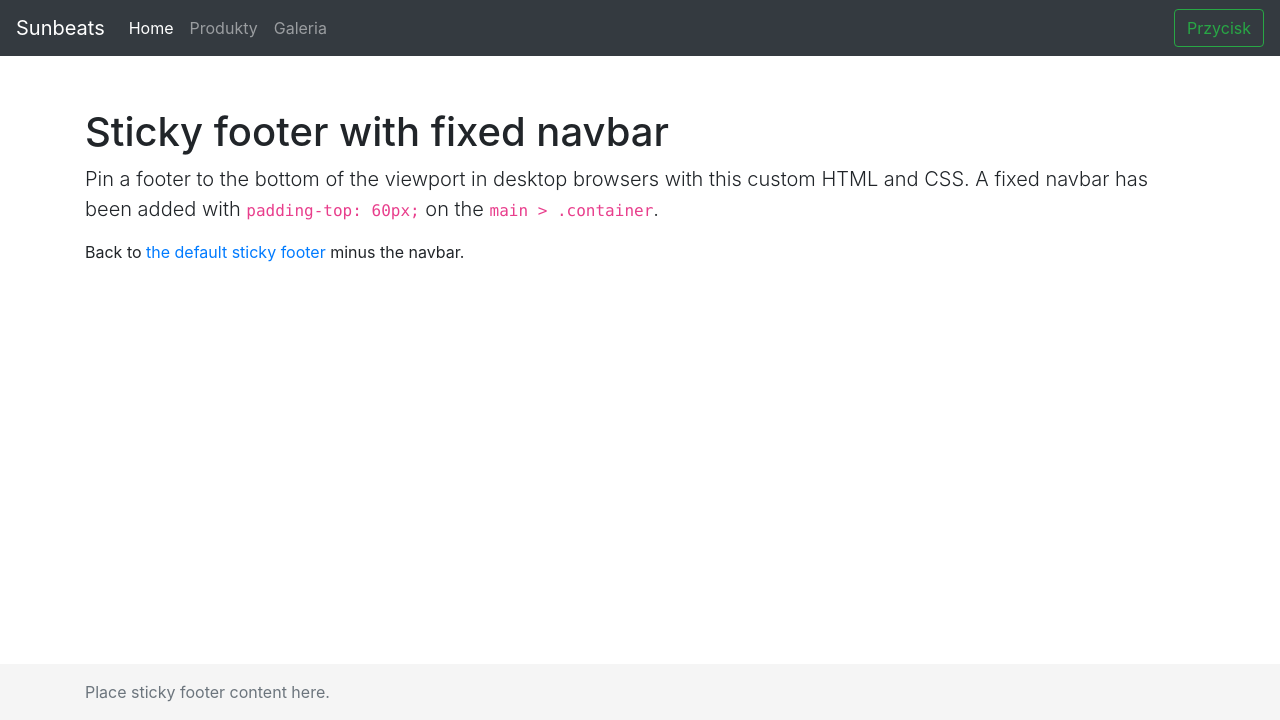
Repository: Audio-site/sunbeats
Page: index.html
An editor plug-in stored every save of this project. The page is shown before and after a run of saves, followed by the edit.
The browser window is 1280 px wide. The pictures show the whole page.

Above is the page before, as saved 2020-08-24 23:56:37.

### index.html
<!doctype html>
<html lang="en" class="h-100">
  <head>
    <meta charset="utf-8">
    <meta name="viewport" content="width=device-width, initial-scale=1, shrink-to-fit=no">
    <meta name="description" content="">
    <meta name="author" content="Mark Otto, Jacob Thornton, and Bootstrap contributors">
    <meta name="generator" content="Jekyll v4.1.1">
    <title>Sticky Footer Navbar Template · Bootstrap</title>

    <link rel="canonical" href="https://getbootstrap.com/docs/4.5/examples/sticky-footer-navbar/">

    <!-- Bootstrap core CSS -->
<link href="../assets/dist/css/bootstrap.min.css" rel="stylesheet">

    <style>
      .bd-placeholder-img {
        font-size: 1.125rem;
        text-anchor: middle;
        -webkit-user-select: none;
        -moz-user-select: none;
        -ms-user-select: none;
        user-select: none;
      }

      @media (min-width: 768px) {
        .bd-placeholder-img-lg {
          font-size: 3.5rem;
        }
      }
    </style>
    <!-- Custom styles for this template -->
    <link href="../assets/css/sticky-footer-navbar.css" rel="stylesheet">
  </head>
  <body class="d-flex flex-column h-100">
    <header>
  <!-- Fixed navbar -->
  <nav class="navbar navbar-expand-md navbar-dark fixed-top bg-dark">
    <a class="navbar-brand" href="#">Sunbeats</a>
    <button class="navbar-toggler" type="button" data-toggle="collapse" data-target="#navbarCollapse" aria-controls="navbarCollapse" aria-expanded="false" aria-label="Toggle navigation">
      <span class="navbar-toggler-icon"></span>
    </button>
    <div class="collapse navbar-collapse" id="navbarCollapse">
      <ul class="navbar-nav mr-auto">
        <li class="nav-item active">
          <a class="nav-link" href="#">Home <span class="sr-only">(current)</span></a>
        </li>
        <li class="nav-item">
          <a class="nav-link" href="#">Produkty</a>
        </li>
        <li class="nav-item">
          <a class="nav-link" href="#">Galeria</a>
        </li>
      </ul>
        <button class="btn btn-outline-success my-2 my-sm-0" type="submit">Przycisk</button>
    </div>
  </nav>
</header>

<!-- Begin page content -->
<main role="main" class="flex-shrink-0">
  <div class="container">
    <h1 class="mt-5">Sticky footer with fixed navbar</h1>
    <p class="lead">Pin a footer to the bottom of the viewport in desktop browsers with this custom HTML and CSS. A fixed navbar has been added with <code>padding-top: 60px;</code> on the <code>main &gt; .container</code>.</p>
    <p>Back to <a href="../examples/sticky-footer/">the default sticky footer</a> minus the navbar.</p>
  </div>
</main>

<footer class="footer mt-auto py-3">
  <div class="container">
    <span class="text-muted">Place sticky footer content here.</span>
  </div>
</footer>
<script src="https://code.jquery.com/jquery-3.5.1.slim.min.js" integrity="sha384-DfXdz2htPH0lsSSs5nCTpuj/zy4C+OGpamoFVy38MVBnE+IbbVYUew+OrCXaRkfj" crossorigin="anonymous"></script>
      <script>window.jQuery || document.write('<script src="../assets/js/vendor/jquery.slim.min.js"><\/script>')</script><script src="../assets/dist/js/bootstrap.bundle.min.js"></script>
</html>

Loaded but not shown: assets/dist/css/bootstrap.min.css (library); assets/css/sticky-footer-navbar.css (common file); assets/dist/js/bootstrap.bundle.min.js (library)

After the next 2 saves:
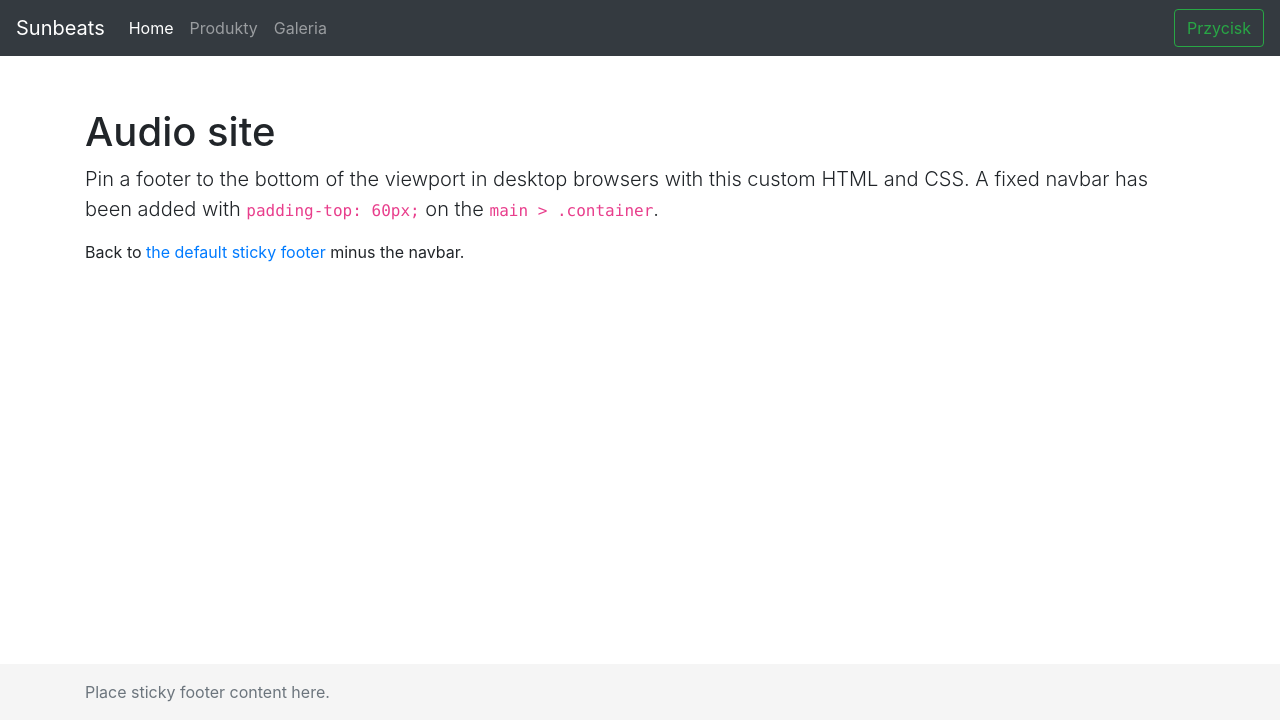
The 2 saves are shown as one change because they came seconds apart.
The last was saved 52 s later.
--- a/index.html
+++ b/index.html
@@ -60,7 +60,7 @@
 <!-- Begin page content -->
 <main role="main" class="flex-shrink-0">
   <div class="container">
-    <h1 class="mt-5">Sticky footer with fixed navbar</h1>
+    <h1 class="mt-5">Audio site</h1>
     <p class="lead">Pin a footer to the bottom of the viewport in desktop browsers with this custom HTML and CSS. A fixed navbar has been added with <code>padding-top: 60px;</code> on the <code>main &gt; .container</code>.</p>
     <p>Back to <a href="../examples/sticky-footer/">the default sticky footer</a> minus the navbar.</p>
   </div>
